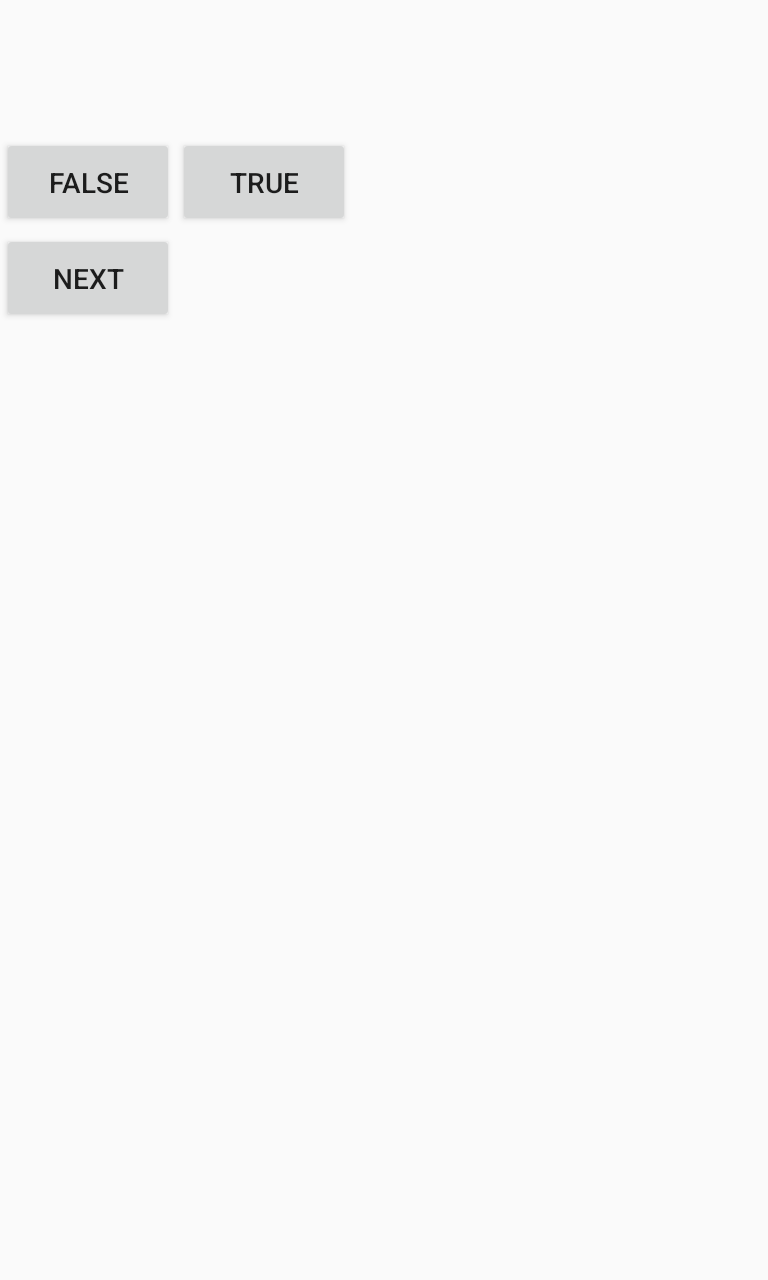
Repository: stoone/android
Layout: GeoQuiz/res/layout/activity_quiz.xml
The author's editor kept a copy of each file at every save. The layout is drawn from the files as they stood at one save, then again after the next save.
It is drawn on a 768 x 1280 px phone screen (xhdpi) without system bars, with theme AppTheme; the app's code is not run.

Above is the layout before, as saved 2014-08-25 02:05:47.

After the next save:
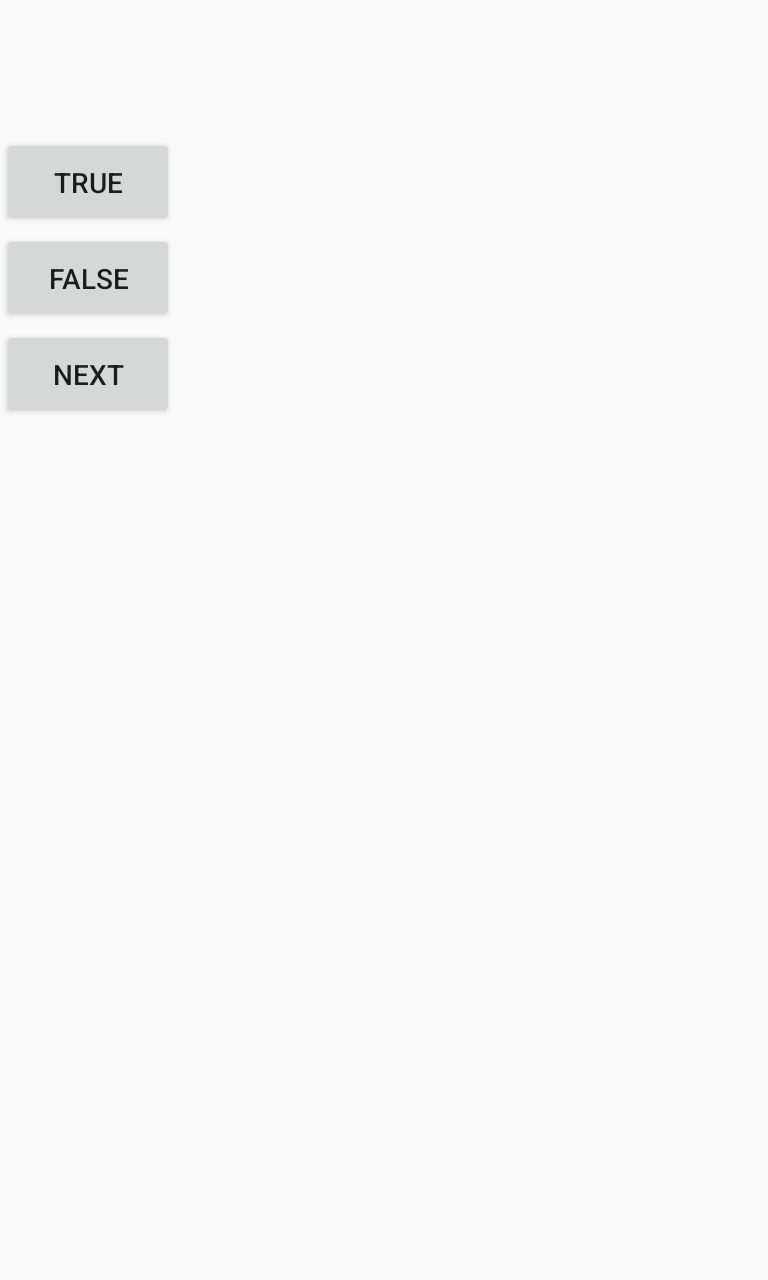
Saved 72 s later.
--- a/GeoQuiz/res/layout/activity_quiz.xml
+++ b/GeoQuiz/res/layout/activity_quiz.xml
@@ -14,23 +14,24 @@
 	        android:layout_width="wrap_content"
 	        android:layout_height="wrap_content"
 	        android:orientation="horizontal" >
+    	</LinearLayout>
 
-		    <Button
-		        android:id="@+id/false_button"
-		        android:layout_width="wrap_content"
-		        android:layout_height="wrap_content"
-		        android:text="@string/false_button" />
+	    <Button
+	        android:id="@+id/true_button"
+	        android:layout_width="wrap_content"
+	        android:layout_height="wrap_content"
+	        android:text="@string/true_button" />
 
-		    <Button
-		        android:id="@+id/true_button"
-		        android:layout_width="wrap_content"
-		        android:layout_height="wrap_content"
-		        android:text="@string/true_button" />
-    	</LinearLayout>
+	    <Button
+	        android:id="@+id/false_button"
+	        android:layout_width="wrap_content"
+	        android:layout_height="wrap_content"
+	        android:text="@string/false_button" />
 
 	    <Button
 	        android:id="@+id/next_button"
 	        android:layout_width="wrap_content"
 	        android:layout_height="wrap_content"
 	        android:text="@string/next_button" />
+
 </LinearLayout>
